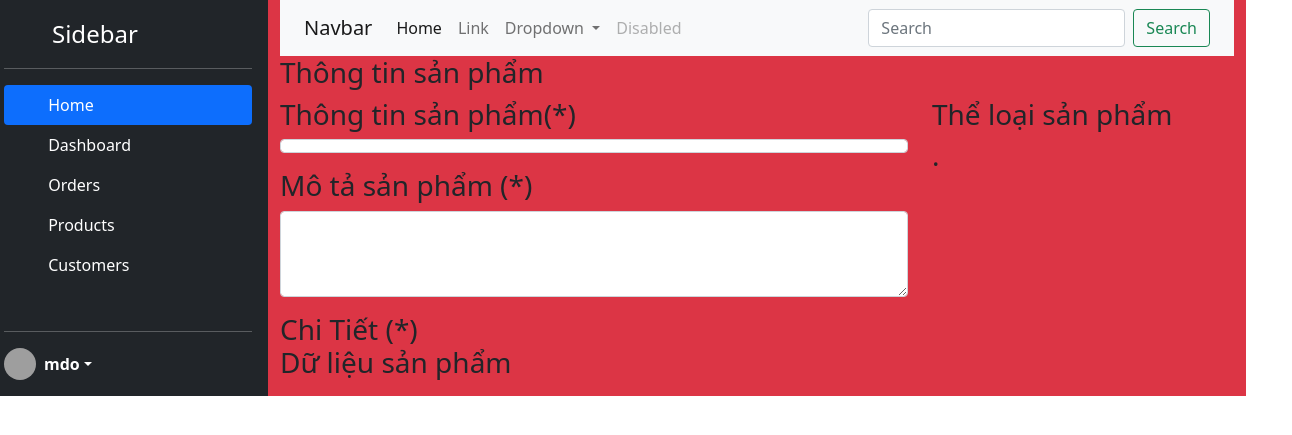
Repository: Lehuyhuynh/BT12-BOOTSTRAP
Page: index.html
The author's editor kept a copy of each file at every save. The page is drawn from the files as they stood at one save, then again after a run of saves.
The browser window is 1280 px wide. The page is 1292 px wide, so the pictures cover 1292 px, including what lies to the right of the window. The pictures show the whole page.
Pictures or frames that could not be fetched are drawn as grey boxes.

Above is the page before, as saved 2023-08-19 22:30:04.

### index.html
<!DOCTYPE html>
<html lang="en">
<head>
  <link href="https://cdn.jsdelivr.net/npm/bootstrap@5.1.3/dist/css/bootstrap.min.css" rel="stylesheet" integrity="sha384-1BmE4kWBq78iYhFldvKuhfTAU6auU8tT94WrHftjDbrCEXSU1oBoqyl2QvZ6jIW3" crossorigin="anonymous">
  <meta charset="UTF-8">
  <meta name="viewport" content="width=device-width, initial-scale=1.0">
  <title>BT2</title>
</head>
<body>
  <div class="row">
    <div class=" col-3 d-flex flex-column flex-shrink-0 p-3 text-white bg-dark rounded-lg" style="width: 280px;">
      <a href="/" class="d-flex align-items-center mb-3 mb-md-0 me-md-auto text-white text-decoration-none">
        <svg class="bi me-2" width="40" height="32"><use xlink:href="#bootstrap"></use></svg>
        <span class="fs-4">Sidebar</span>
      </a>
      <hr>
      <ul class="nav nav-pills flex-column mb-auto">
        <li class="nav-item">
          <a href="#" class="nav-link active" aria-current="page">
            <svg class="bi me-2" width="16" height="16"><use xlink:href="#home"></use></svg>
            Home
          </a>
        </li>
        <li>
          <a href="#" class="nav-link text-white">
            <svg class="bi me-2" width="16" height="16"><use xlink:href="#speedometer2"></use></svg>
            Dashboard
          </a>
        </li>
        <li>
          <a href="#" class="nav-link text-white">
            <svg class="bi me-2" width="16" height="16"><use xlink:href="#table"></use></svg>
            Orders
          </a>
        </li>
        <li>
          <a href="#" class="nav-link text-white">
            <svg class="bi me-2" width="16" height="16"><use xlink:href="#grid"></use></svg>
            Products
          </a>
        </li>
        <li>
          <a href="#" class="nav-link text-white">
            <svg class="bi me-2" width="16" height="16"><use xlink:href="#people-circle"></use></svg>
            Customers
          </a>
        </li>
      </ul>
      <hr>
      <div class="dropdown">
        <a href="#" class="d-flex align-items-center text-white text-decoration-none dropdown-toggle" id="dropdownUser1" data-bs-toggle="dropdown" aria-expanded="false">
          <img src="https://github.com/mdo.png" alt="" width="32" height="32" class="rounded-circle me-2">
          <strong>mdo</strong>
        </a>
        <ul class="dropdown-menu dropdown-menu-dark text-small shadow" aria-labelledby="dropdownUser1" style="">
          <li><a class="dropdown-item" href="#">New project...</a></li>
          <li><a class="dropdown-item" href="#">Settings</a></li>
          <li><a class="dropdown-item" href="#">Profile</a></li>
          <li><hr class="dropdown-divider"></li>
          <li><a class="dropdown-item" href="#">Sign out</a></li>
        </ul>
      </div>
    </div>
    <div class="main-content bg-danger col-9" >
      <nav class="navbar navbar-expand-lg navbar-light bg-light">
        <div class="container-fluid">
          <a class="navbar-brand" href="#">Navbar</a>
          <button class="navbar-toggler" type="button" data-bs-toggle="collapse" data-bs-target="#navbarSupportedContent" aria-controls="navbarSupportedContent" aria-expanded="false" aria-label="Toggle navigation">
            <span class="navbar-toggler-icon"></span>
          </button>
          <div class="collapse navbar-collapse" id="navbarSupportedContent">
            <ul class="navbar-nav me-auto mb-2 mb-lg-0">
              <li class="nav-item">
                <a class="nav-link active" aria-current="page" href="#">Home</a>
              </li>
              <li class="nav-item">
                <a class="nav-link" href="#">Link</a>
              </li>
              <li class="nav-item dropdown">
                <a class="nav-link dropdown-toggle" href="#" id="navbarDropdown" role="button" data-bs-toggle="dropdown" aria-expanded="false">
                  Dropdown
                </a>
                <ul class="dropdown-menu" aria-labelledby="navbarDropdown">
                  <li><a class="dropdown-item" href="#">Action</a></li>
                  <li><a class="dropdown-item" href="#">Another action</a></li>
                  <li><hr class="dropdown-divider"></li>
                  <li><a class="dropdown-item" href="#">Something else here</a></li>
                </ul>
              </li>
              <li class="nav-item">
                <a class="nav-link disabled" href="#" tabindex="-1" aria-disabled="true">Disabled</a>
              </li>
            </ul>
            <form class="d-flex">
              <input class="form-control me-2" type="search" placeholder="Search" aria-label="Search">
              <button class="btn btn-outline-success" type="submit">Search</button>
            </form>
          </div>
        </div>
      </nav>
      <div class="row">

        <h3>Thông tin sản phẩm<h3>

          <div class="row">
            <div class="more col-8">

              <div class="product">

                <div class="mb-3">
                  <label for="information" class="form-label">Thông tin sản phẩm(*)</label>
                  <table class="form-control" id="information" name="information" rows="3"></table>
                </div>

                <div class="mb-3">
                  <label for="exampleFormControlTextarea1" class="form-label">Mô tả sản phẩm (*)</label>
                  <textarea class="form-control" id="exampleFormControlTextarea1" rows="3"></textarea>
                </div>

                <span>Chi Tiết (*) </span><br>

              </div>

              <div class="data">

                <h3>Dữ liệu sản phẩm</h3>


              </div>

            </div>

            <div class="category col-4">

              <h3>Thể loại sản phẩm</h3>

              .
            </div>
          </div>






      </div>
    </div>


  </div>

  <script src="https://cdn.jsdelivr.net/npm/bootstrap@5.1.3/dist/js/bootstrap.bundle.min.js" integrity="sha384-ka7Sk0Gln4gmtz2MlQnikT1wXgYsOg+OMhuP+IlRH9sENBO0LRn5q+8nbTov4+1p" crossorigin="anonymous"></script>
</body>
</html>

After the next 3 saves:
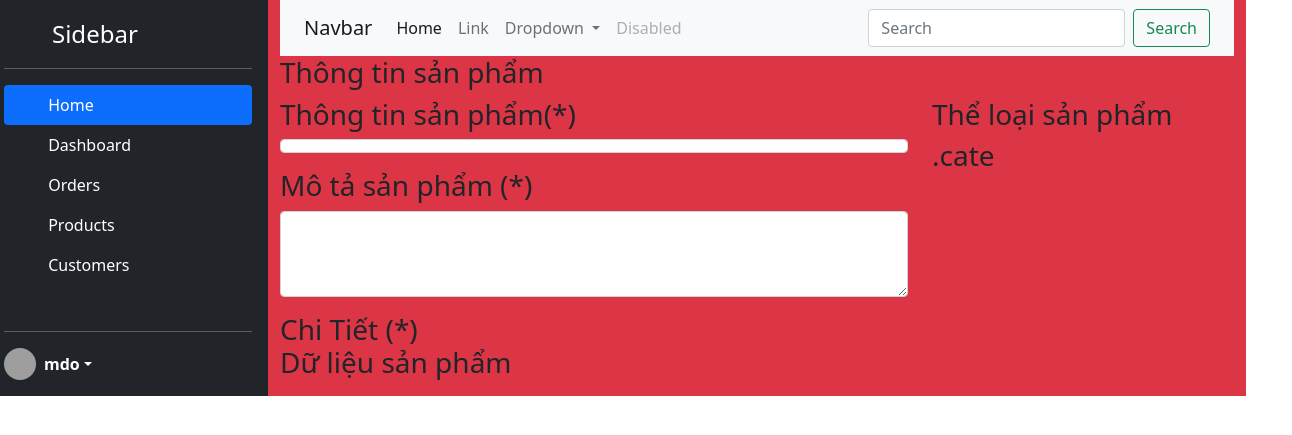
The 3 saves are shown as one change because they came seconds apart.
The last was saved 13 s later.
--- a/index.html
+++ b/index.html
@@ -134,7 +134,7 @@
 
               <h3>Thể loại sản phẩm</h3>
 
-              .
+              .cate
             </div>
           </div>
 

After the 2 saves that followed:
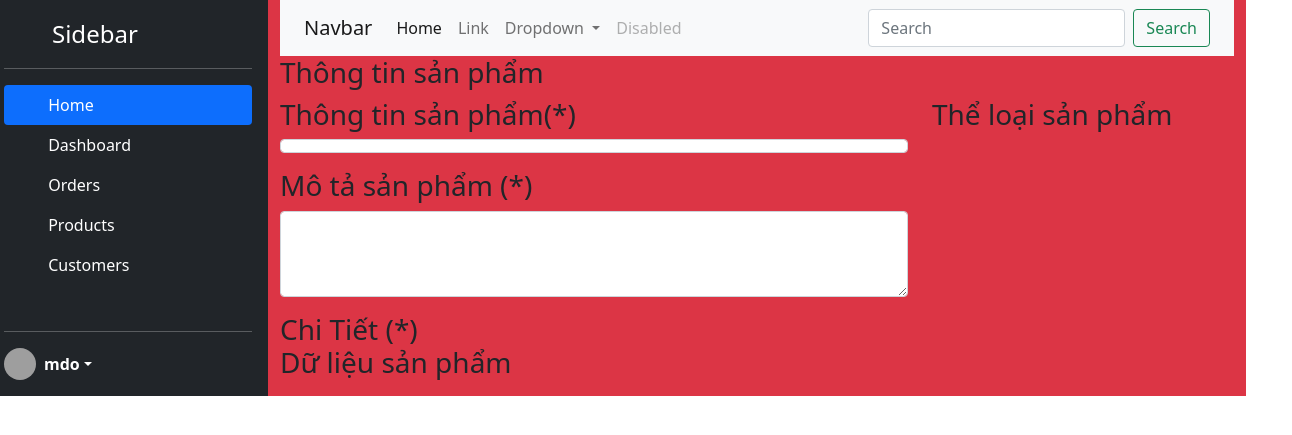
The 2 saves are shown as one change because they came seconds apart.
The last was saved 7 s later.
--- a/index.html
+++ b/index.html
@@ -134,7 +134,9 @@
 
               <h3>Thể loại sản phẩm</h3>
 
-              .cate
+              <div class="cate">
+
+              </div>
             </div>
           </div>
 
